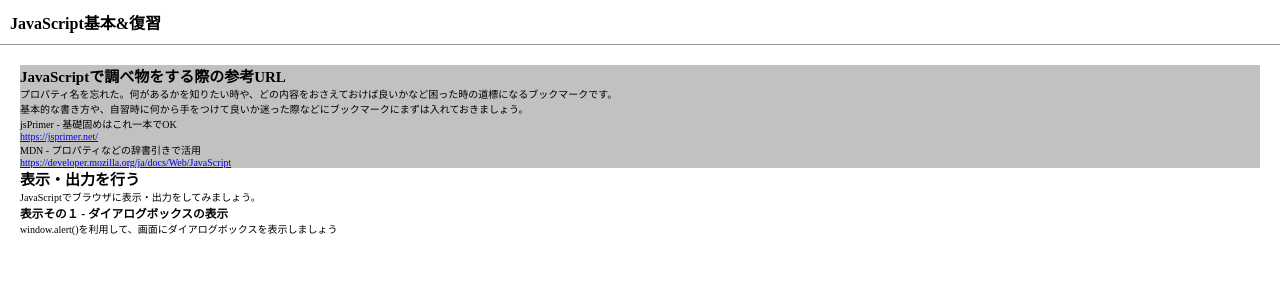
Repository: Yuto-Arakawa/study_js
Page: 01_basic/荒川/ara_basic01.html
An editor plug-in stored every save of this project. The page is shown before and after the next save, followed by the edit.
The browser window is 1280 px wide. The pictures show the whole page.

Above is the page before, as saved 2026-11-06 14:47:29.

### 01_basic/荒川/ara_basic01.html
<!DOCTYPE html>
<html lang="ja">
<head>
  <meta charset="utf-8">
  <meta name="viewport" content="width=device-width, initial-scale=1">
  <meta name="color-scheme" content="light">
  <meta name="format-detection" content="telephone=no">
  <meta name="description" content="ここに説明文を設定">
  <title>ara_basic01</title>

  <!-- 共有用 OGP / X(Twitter) -->
  <meta property="og:site_name" content="サイト名">
  <meta property="og:title" content="サイトタイトル">
  <meta property="og:description" content="サイト説明文">
  <meta property="og:type" content="website">
  <meta property="og:url" content="https://hoge.ecc.com/">
  <meta property="og:image" content="https://hoge.ecc.com/ogp.png">
  <meta name="twitter:card" content="summary_large_image">
  <meta name="twitter:site" content="@twitteraccount">

  <!-- 正規URL -->
  <link rel="canonical" href="URL">
	<!-- 多言語サイト用 -->
	<!-- <link rel="alternate" hreflang="ja" href="URL"> -->

  <!-- アイコン（SVG優先、ICOフォールバック、Apple Touch） -->
  <link rel="icon" type="image/svg+xml" href="favicon.svg">
  <link rel="alternate icon" href="favicon.ico">
  <link rel="apple-touch-icon" href="apple-touch-icon.png" sizes="180x180">

  <!-- テーマカラー（PWAでなくてもアドレスバー色に反映） -->
  <meta name="theme-color" content="#FFFFFF">

	<!-- スタイルの読み込み -->
    <link rel="stylesheet" href="css/ress.css">
    <link rel="stylesheet" href="css/basic01.css">

</head>
<body>
    <header>
        <h1>JavaScript基本&復習</h1>
    </header>
    <main>
        <div class="reference">
            <h2>JavaScriptで調べ物をする際の参考URL</h2>
                <p>
                    プロパティ名を忘れた。何があるかを知りたい時や、どの内容をおさえておけば良いかなど困った時の道標になるブックマークです。<br>
                    基本的な書き方や、自習時に何から手をつけて良いか迷った際などにブックマークにまずは入れておきましょう。
                </p>

                <p>
                    jsPrimer - 基礎固めはこれ一本でOK<br>
                    <a href="https://jsprimer.net/" target="_blank">https://jsprimer.net/</a>
                </p>
                <p>
                    MDN - プロパティなどの辞書引きで活用<br>
                    <a href="https://developer.mozilla.org/ja/docs/Web/JavaScript" target="_blank">https://developer.mozilla.org/ja/docs/Web/JavaScript</a>
                </p>
        </div>
            <h2>表示・出力を行う</h2>
                <p>JavaScriptでブラウザに表示・出力をしてみましょう。</p>
            <h3>表示その１ - ダイアログボックスの表示</h3>
                <p>window.alert()を利用して、画面にダイアログボックスを表示しましょう</p>
    </main>
</body>
</html>

### 01_basic/荒川/css/ress.css
/* resset.dev • v6.0.0 */

/* # =================================================================
   # Global selectors
   # ================================================================= */

html {
  box-sizing: border-box;
  -webkit-text-size-adjust: 100%; /* Prevent adjustments of font size after orientation changes in iOS */
  word-break: normal;
  -moz-tab-size: 4;
  tab-size: 4;
}

*,
::before,
::after {
  background-repeat: no-repeat; /* Set `background-repeat: no-repeat` to all elements and pseudo elements */
  box-sizing: inherit;
}

::before,
::after {
  text-decoration: inherit; /* Inherit text-decoration and vertical align to ::before and ::after pseudo elements */
  vertical-align: inherit;
}

* {
  padding: 0; /* Reset `padding` and `margin` of all elements */
  margin: 0;
}

/* # =================================================================
   # General elements
   # ================================================================= */

hr {
  overflow: visible; /* Show the overflow in Edge and IE */
  height: 0; /* Add the correct box sizing in Firefox */
  color: inherit; /* Correct border color in Firefox. */
}

details,
main {
  display: block; /* Render the `main` element consistently in IE. */
}

summary {
  display: list-item; /* Add the correct display in all browsers */
}

small {
  font-size: 80%; /* Set font-size to 80% in `small` elements */
}

[hidden] {
  display: none; /* Add the correct display in IE */
}

abbr[title] {
  border-bottom: none; /* Remove the bottom border in Chrome 57 */
  /* Add the correct text decoration in Chrome, Edge, IE, Opera, and Safari */
  text-decoration: underline;
  text-decoration: underline dotted;
}

a {
  background-color: transparent; /* Remove the gray background on active links in IE 10 */
}

a:active,
a:hover {
  outline-width: 0; /* Remove the outline when hovering in all browsers */
}

code,
kbd,
pre,
samp {
  font-family: monospace, monospace; /* Specify the font family of code elements */
}

pre {
  font-size: 1em; /* Correct the odd `em` font sizing in all browsers */
}

b,
strong {
  font-weight: bolder; /* Add the correct font weight in Chrome, Edge, and Safari */
}

/* https://gist.github.com/unruthless/413930 */
sub,
sup {
  font-size: 75%;
  line-height: 0;
  position: relative;
  vertical-align: baseline;
}

sub {
  bottom: -0.25em;
}

sup {
  top: -0.5em;
}

table {
  border-color: inherit; /* Correct border color in all Chrome, Edge, and Safari. */
  text-indent: 0; /* Remove text indentation in Chrome, Edge, and Safari */
}

iframe {
  border-style: none;
}

/* # =================================================================
   # Accessibility
   # ================================================================= */

/* Specify the progress cursor of updating elements */
[aria-busy='true'] {
  cursor: progress;
}

/* Specify the pointer cursor of trigger elements */
[aria-controls] {
  cursor: pointer;
}

/* # =================================================================
   # Forms
   # ================================================================= */

input {
  border-radius: 0;
}

[type='number']::-webkit-inner-spin-button,
[type='number']::-webkit-outer-spin-button {
  height: auto; /* Correct the cursor style of increment and decrement buttons in Chrome */
}

[type='search'] {
  -webkit-appearance: textfield; /* Correct the odd appearance in Chrome and Safari */
  outline-offset: -2px; /* Correct the outline style in Safari */
}

[type='search']::-webkit-search-decoration {
  -webkit-appearance: none; /* Remove the inner padding in Chrome and Safari on macOS */
}

textarea {
  overflow: auto; /* Internet Explorer 11+ */
  resize: vertical; /* Specify textarea resizability */
}

button,
input,
optgroup,
select,
textarea {
  font: inherit; /* Specify font inheritance of form elements */
}

optgroup {
  font-weight: bold; /* Restore the font weight unset by the previous rule */
}

button {
  overflow: visible; /* Address `overflow` set to `hidden` in IE 8/9/10/11 */
}

button,
select {
  text-transform: none; /* Firefox 40+, Internet Explorer 11- */
}

/* Apply cursor pointer to button elements */
button,
[type='button'],
[type='reset'],
[type='submit'],
[role='button'] {
  cursor: pointer;
}

/* Remove inner padding and border in Firefox 4+ */
button::-moz-focus-inner,
[type='button']::-moz-focus-inner,
[type='reset']::-moz-focus-inner,
[type='submit']::-moz-focus-inner {
  border-style: none;
  padding: 0;
}

/* Replace focus style removed in the border reset above */
button:-moz-focusring,
[type='button']::-moz-focus-inner,
[type='reset']::-moz-focus-inner,
[type='submit']::-moz-focus-inner {
  outline: 1px dotted ButtonText;
}

button,
html [type='button'], /* Prevent a WebKit bug where (2) destroys native `audio` and `video`controls in Android 4 */
[type='reset'],
[type='submit'] {
  -webkit-appearance: button; /* Correct the inability to style clickable types in iOS */
}

/* Remove the default button styling in all browsers */
button,
input,
select,
textarea {
  background-color: transparent;
  border-style: none;
}

a:focus,
button:focus,
input:focus,
select:focus,
textarea:focus {
  outline-width: 0;
}

/* Style select like a standard input */
select {
  -moz-appearance: none; /* Firefox 36+ */
  -webkit-appearance: none; /* Chrome 41+ */
}

select::-ms-expand {
  display: none; /* Internet Explorer 11+ */
}

select::-ms-value {
  color: currentColor; /* Internet Explorer 11+ */
}

legend {
  border: 0; /* Correct `color` not being inherited in IE 8/9/10/11 */
  color: inherit; /* Correct the color inheritance from `fieldset` elements in IE */
  display: table; /* Correct the text wrapping in Edge and IE */
  max-width: 100%; /* Correct the text wrapping in Edge and IE */
  white-space: normal; /* Correct the text wrapping in Edge and IE */
  max-width: 100%; /* Correct the text wrapping in Edge 18- and IE */
}

::-webkit-file-upload-button {
  /* Correct the inability to style clickable types in iOS and Safari */
  -webkit-appearance: button;
  color: inherit;
  font: inherit; /* Change font properties to `inherit` in Chrome and Safari */
}

/* Replace pointer cursor in disabled, not-editable, or otherwise inoperable elements */
[disabled],
[aria-disabled='true'] {
  cursor: default;
}

/* # =================================================================
   # Specify media element style
   # ================================================================= */

img {
  border-style: none; /* Remove border when inside `a` element in IE 8/9/10 */
}

/* Add the correct vertical alignment in Chrome, Firefox, and Opera */
progress {
  vertical-align: baseline;
}

### 01_basic/荒川/css/basic01.css
html{
    font-size: 62.5%;
}

header{
    padding: 1rem;
    border-bottom: solid 1px #999;
    font-size: 8px;
}

main{
    padding: 20px;
}

.reference{
    background-color: #c1c1c1;
}

After the next save:
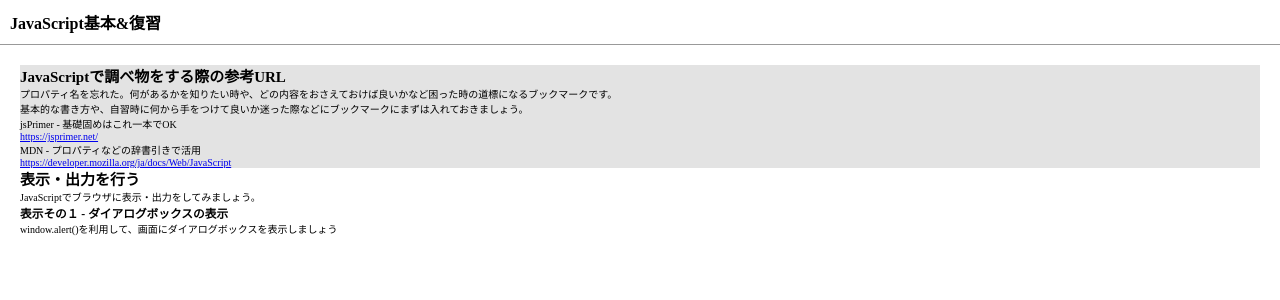
Saved 13 s later.
--- a/01_basic/荒川/css/basic01.css
+++ b/01_basic/荒川/css/basic01.css
@@ -13,5 +13,5 @@ main{
 }
 
 .reference{
-    background-color: #c1c1c1;
+    background-color: #e3e3e3;
 }
